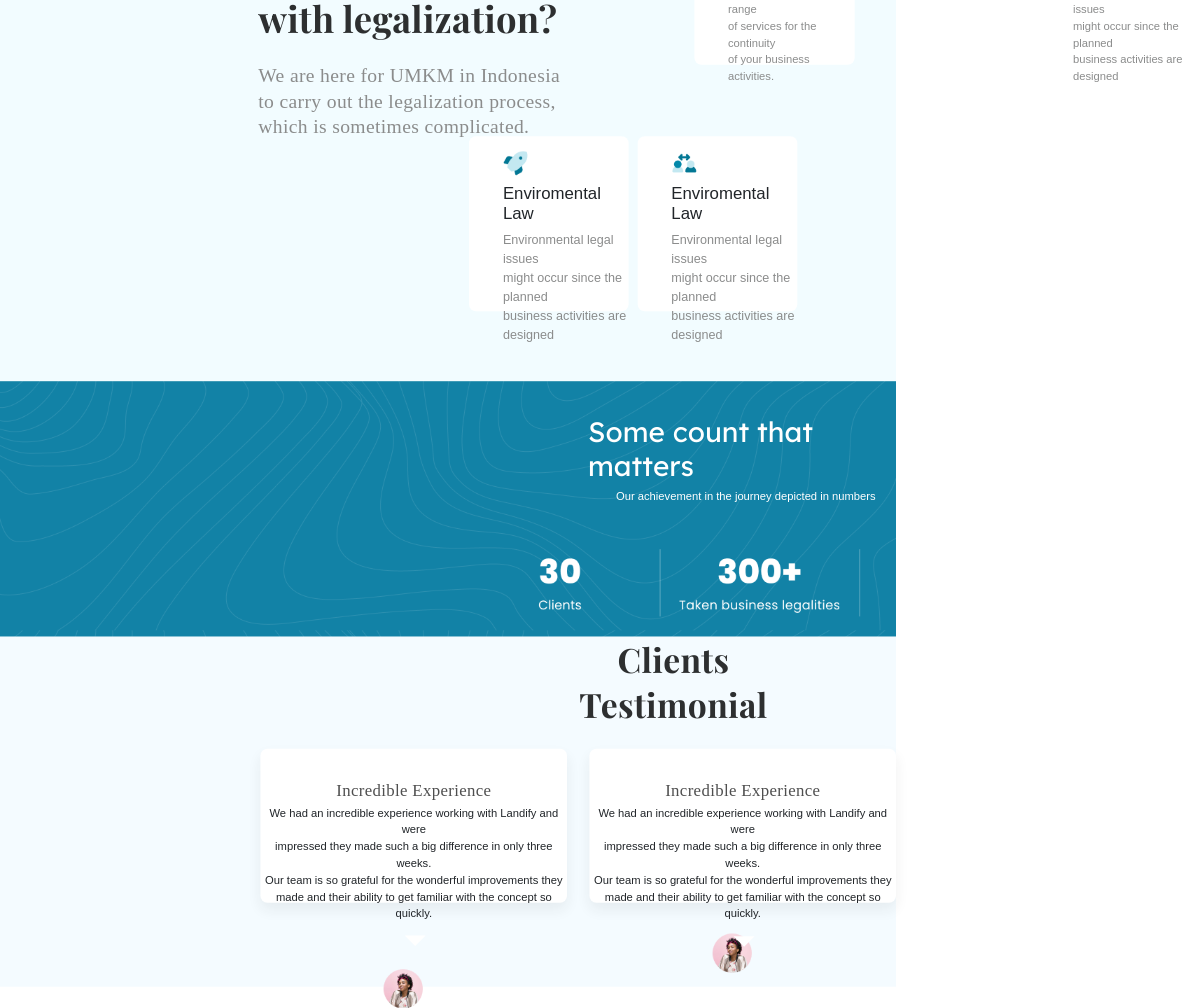
Repository: SAYYODTURINALIYEV/amaliy
Page: index.html
An editor plug-in stored every save of this project. The page is shown before and after the next save, followed by the edit.
The browser window is 1280 px wide. The page is 1713 px wide, so the pictures cover 1713 px, including what lies to the right of the window. The pictures show the part of the page from y = 1382 to 2822 px (the page is 2822 px tall), at 70% of full size.

Above is the page before, as saved 2022-05-20 17:29:17.

After the next save:
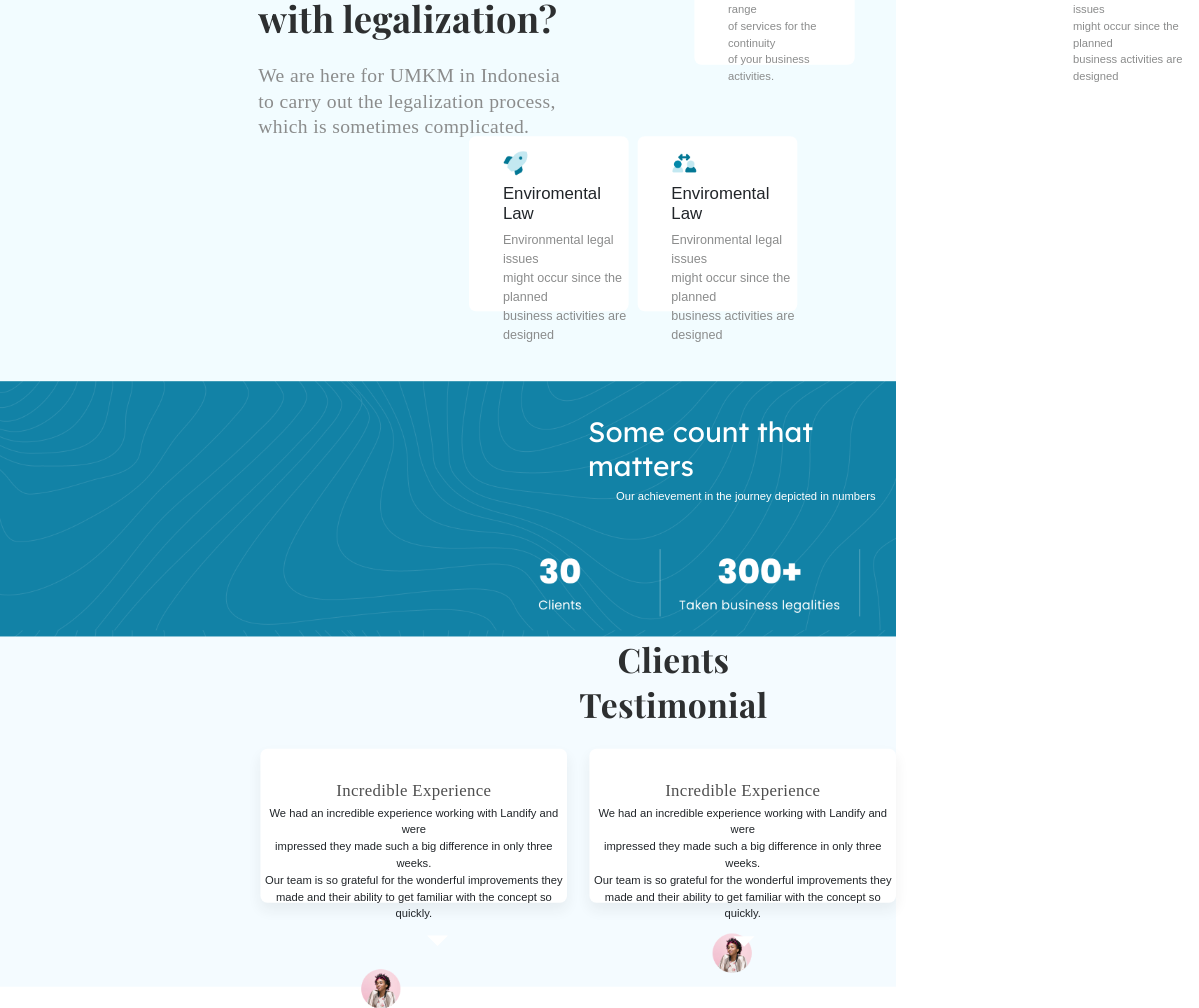
Saved 5 s later.
--- a/styles/style.css
+++ b/styles/style.css
@@ -596,5 +596,5 @@
 
 #main2_1_img {
     margin-top: 3.2rem;
-    margin-right: 2re4;
-}
+    margin-right: 4rem;
+}
